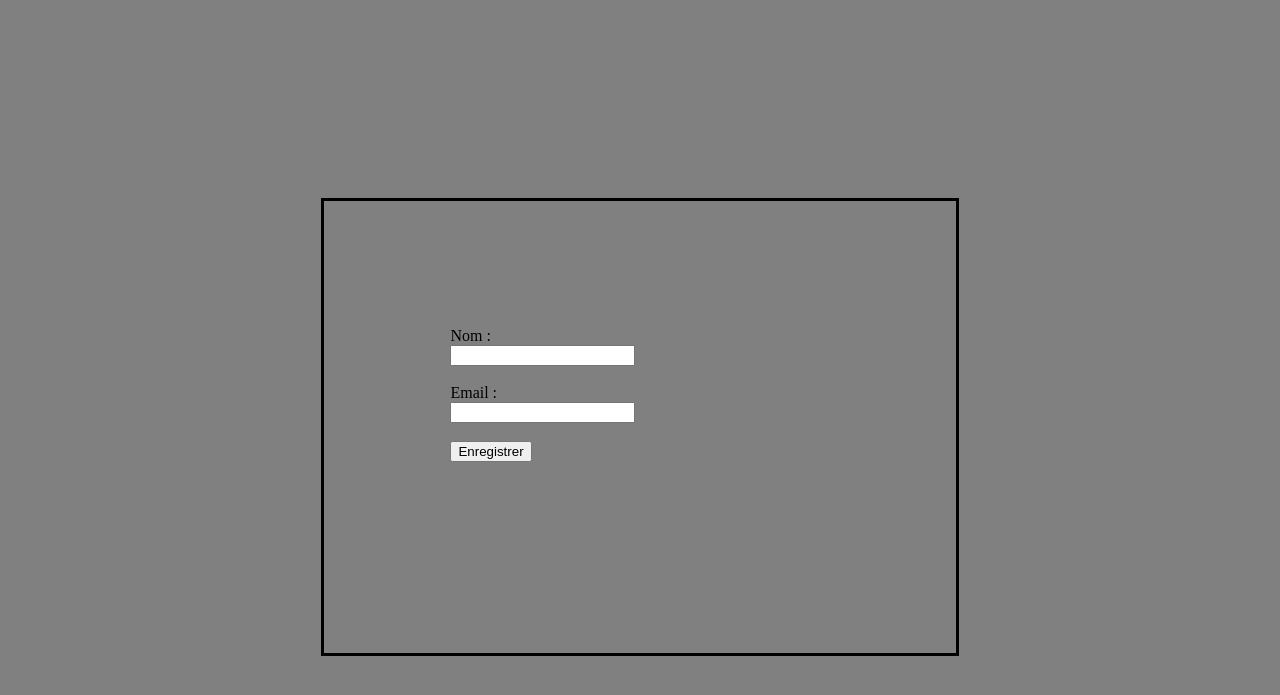
Repository: Haidara-97/TPJEE
Page: http://localhost/AppTest/
An editor plug-in stored every save of this project. The page is shown before and after the next save, followed by the edit.
The browser window is 1280 px wide. The pictures show the whole page.
The page is served by Tomcat 9. Other server files are loaded and not shown.

Above is the page before, as saved 2025-06-18 14:10:32.

### AppTest/src/main/webapp/index.jsp
<%@ page language="java" contentType="text/html; charset=UTF-8"
    pageEncoding="UTF-8"%>
<!DOCTYPE html>
<html>
<head>
<meta charset="UTF-8">
<title>Insert title here</title>
<style>
body{
display: flex;
background-color: gray;
align-items: center;
}
.forme{
margin :auto;
margin-top:15%;
border: solid;
width:30%;
height: 200px;
padding:10%;
}
</style>
</head>
<body >
<div class="forme" >
<form action="UserServlet" method="POST">
<label for=nom > Nom :</label><br>
        <input type="text" id="nom" name="nom"><br><br>
<label for=email> Email :</label> <br>
        <input type="text" id= "email" name="email"><br><br>
        <input type = "submit" id="button" value= Enregistrer>
</form>
</div>
</body>
</html>

After the next save:
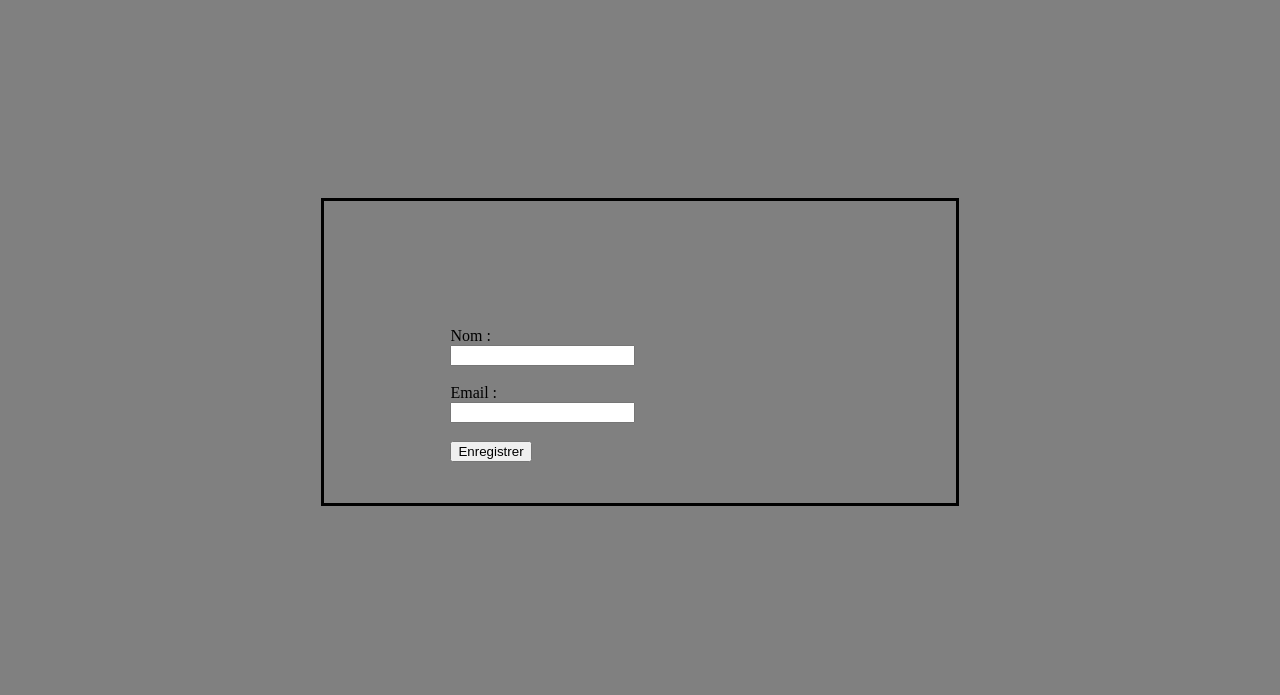
Saved 32 s later.
--- a/AppTest/src/main/webapp/index.jsp
+++ b/AppTest/src/main/webapp/index.jsp
@@ -16,7 +16,7 @@ margin :auto;
 margin-top:15%;
 border: solid;
 width:30%;
-height: 200px;
+height: 50px;
 padding:10%;
 }
 </style>
